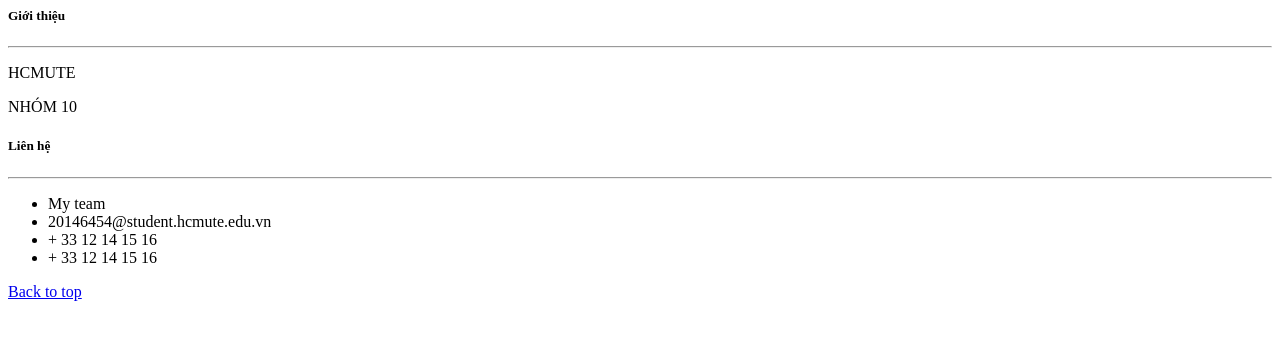
Repository: vule2809/LTW-20146307
Page: http://localhost/Banxemay_nhom10/common/manager/footer.jsp
These files come from the project's save history. The page is drawn as it stood at one moment and after the next save; the edit follows.
The browser window is 1280 px wide. The pictures show the whole page.
The page is served by Tomcat 9.

Above is the page before, as saved 2023-12-10 11:36:33.

After the next save:
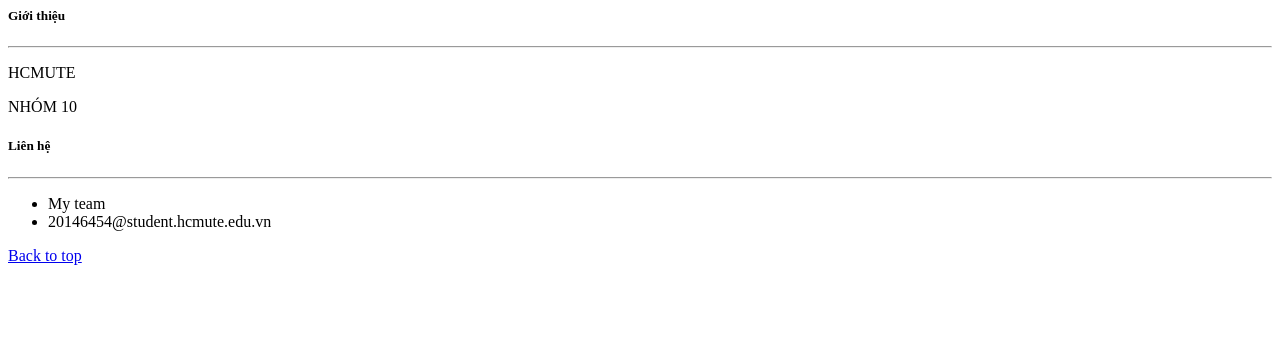
Saved 23 s later.
--- a/Banxemay_nhom10/src/main/webapp/common/manager/footer.jsp
+++ b/Banxemay_nhom10/src/main/webapp/common/manager/footer.jsp
@@ -17,8 +17,6 @@
 				<ul class="list-unstyled">
 					<li><i class="fa fa-home mr-2"></i> My team</li>
 					<li><i class="fa fa-envelope mr-2"></i> 20146454@student.hcmute.edu.vn</li>
-					<li><i class="fa fa-phone mr-2"></i> + 33 12 14 15 16</li>
-					<li><i class="fa fa-print mr-2"></i> + 33 12 14 15 16</li>
 				</ul>
 			</div>
 			<div class="col-12 copyright mt-3">
